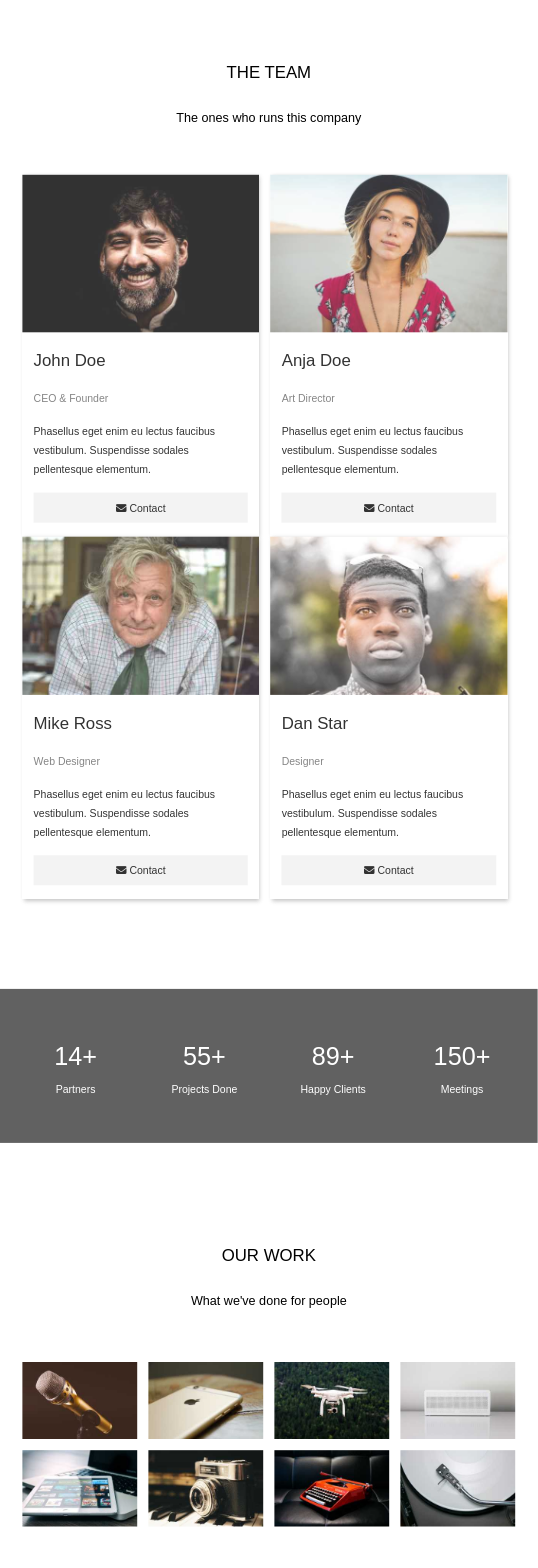
Repository: husterDC/Test
Page: index.html
These files come from the project's save history. The page is drawn as it stood at one moment and after the next save; the edit follows.
The browser window is 768 px wide. The pictures show the part of the page from y = 2254 to 4494 px (the page is 7678 px tall before and 7685 px after), at 70% of full size.

Above is the page before, as saved 2022-10-18 09:41:47.

### index.html
<!DOCTYPE html>
<html lang="en">
<head>
    <meta charset="UTF-8">
    <meta http-equiv="X-UA-Compatible" content="IE=edge">
    <meta name="viewport" content="width=device-width, initial-scale=1.0">
    <title>Document</title>
    <link rel="stylesheet" href="./assets/fontawesome-free-6.1.1-web/css/all.min.css">
    <link rel="stylesheet" href="./fonts/themify-icons/themify-icons.css">
    <link rel="stylesheet" href="./assets/base.css">
    <link rel="stylesheet" href="./assets/style.css">
    <link rel="stylesheet" href="./assets/responsive.css">
</head>
</head>
<body>
    <div class="header">
        <div class="header_logo">
            <a href="" class="header_logo-link">Logo</a>
        </div>
        <div class="header_nav">
            <ul class="header_nav-menu">
                <li class="header_nav-item">

                    <a href="#container_about" class="header_nav-link">ABOUT</a>
                </li>
                <li class="header_nav-item">
                    <a href="#container_team" class="header_nav-link">
                        <i class="header_nav-icon header-nav_icon fa-solid fa-user-plus"></i>
                        TEAM
                    </a>
                </li>
                <li class="header_nav-item">
                    <a href="#container_work" class="header_nav-link">
                        <i class="header_nav-icon fa-solid fa-grip"></i>
                        WORK
                    </a>
                </li>
                <li class="header_nav-item">
                    <a href="#container_pricing" class="header_nav-link">
                        <i class="header_nav-icon fa-solid fa-dollar-sign"></i>
                        PRICING
                    </a>
                </li>
                <li class="header_nav-item">
                    <a href="#container_contact" class="header_nav-link">
                        <i class="header_nav-icon fa-solid fa-envelope"></i>
                        CONTACT
                    </a>
                </li>
            </ul>
        </div>
    </div>
    <div class="slider" id="top">
        <div class="slider_content">
            <div class="slider_title">Start something that matters</div>
            <div class="slider_dec">Stop wasting valuable time with projects that just isn't you.</div>
            <a href="" class="slider_link">
                <button class="slider_btn">Learn more and start today</button>
            </a>
        </div>
        <div class="slider_social">
            <a href="" class="slider_social-link"><i class="slider_social-icon fa-brands fa-facebook"></i></a>
            <a href="" class="slider_social-link"><i class="slider_social-icon fa-brands fa-instagram"></i></a>
            <a href="" class="slider_social-link"><i class="slider_social-icon fa-brands fa-snapchat"></i></a>
            <a href="" class="slider_social-link"><i class="slider_social-icon fa-brands fa-pinterest-p"></i></a>
            <a href="" class="slider_social-link"><i class="slider_social-icon fa-brands fa-twitter"></i></a>
            <a href="" class="slider_social-link"><i class="slider_social-icon fa-brands fa-linkedin-in"></i></a>
        </div>
    </div>
    <div class="container">
        <div class="container_base" id="container_about">
            <div class="container_about-title">ABOUT THE COMPANY</div>
            <div class="container_about-dec">Key features of our company</div>
            <div class="container_about-member">
                <div class="container_about-item">
                    <i class="container_about-item-icon fa-solid fa-desktop"></i>
                    <div class="container_about-item-name">Responsive</div>
                    <div class="container_about-item-dec">Lorem ipsum dolor sit amet, consectetur adipiscing elit, sed do eiusmod tempor incididunt ut labore et dolore.</div>
                </div>
                <div class="container_about-item">
                    <i class="container_about-item-icon fa-solid fa-heart"></i>
                    <div class="container_about-item-name">Passion</div>
                    <div class="container_about-item-dec">Lorem ipsum dolor sit amet, consectetur adipiscing elit, sed do eiusmod tempor incididunt ut labore et dolore.</div>
                </div>
                <div class="container_about-item">
                    <i class="container_about-item-icon fa-regular fa-gem"></i>
                    <div class="container_about-item-name">Design</div>
                    <div class="container_about-item-dec">Lorem ipsum dolor sit amet, consectetur adipiscing elit, sed do eiusmod tempor incididunt ut labore et dolore.</div>
                </div>
                <div class="container_about-item">
                    <i class="container_about-item-icon fa-solid fa-gear"></i>
                    <div class="container_about-item-name">Support</div>
                    <div class="container_about-item-dec">Lorem ipsum dolor sit amet, consectetur adipiscing elit, sed do eiusmod tempor incididunt ut labore et dolore.</div>
                </div>
            </div>
        </div>
        <div class="container_base container_about-sub">
            <div class="container_about-sub-wrap">
                <div class="container_about-sub-title">We know design.</div>
                <div class="container_about-sub-dec">Lorem ipsum dolor sit amet, consectetur adipiscing elit, sed do eiusmod <br> tempor incididunt ut labore et dolore.</div>
                <a href="#container_work" class="container_about-sub-btn">
                    <i class="container_about-sub-icon fa-solid fa-grip"></i>
                    View Our Works
                </a>
            </div>
            <img src="./assets/img/phone_buildings.jpg" alt="" class="container_about-img">
        </div>
        <div class="container_base" id="container_team">
            <div class="container_team-title">THE TEAM</div>
            <div class="container_team-dec">The ones who runs this company</div>
            <div class="container_team-member">
                <div class="container_team-item">
                    <img src="./assets/img/team2.jpg" alt="" class="container_team-item-img">
                    <div class="container_team-item-wrap">
                        <div class="container_team-item-name">John Doe</div>
                        <div class="container_team-item-position">CEO & Founder</div>
                        <div class="container_team-item-dec">Phasellus eget enim eu lectus faucibus vestibulum. Suspendisse sodales pellentesque elementum.</div>
                        <a href="" class="container_team-btn">
                            <i class="header_nav-icon fa-solid fa-envelope"></i>
                            Contact
                        </a>
                    </div>
                </div>
                <div class="container_team-item">
                    <img src="./assets/img/team1.jpg" alt="" class="container_team-item-img">
                    <div class="container_team-item-wrap">
                        <div class="container_team-item-name">Anja Doe</div>
                        <div class="container_team-item-position">Art Director</div>
                        <div class="container_team-item-dec">Phasellus eget enim eu lectus faucibus vestibulum. Suspendisse sodales pellentesque elementum.</div>
                        <a href="" class="container_team-btn">
                            <i class="header_nav-icon fa-solid fa-envelope"></i>
                            Contact
                        </a>
                    </div>
                </div>
                <div class="container_team-item">
                    <img src="./assets/img/team3.jpg" alt="" class="container_team-item-img">
                    <div class="container_team-item-wrap">
                        <div class="container_team-item-name">Mike Ross</div>
                        <div class="container_team-item-position">Web Designer</div>
                        <div class="container_team-item-dec">Phasellus eget enim eu lectus faucibus vestibulum. Suspendisse sodales pellentesque elementum.</div>
                        <a href="" class="container_team-btn">
                            <i class="header_nav-icon fa-solid fa-envelope"></i>
                            Contact
                        </a>
                    </div>
                </div>
                <div class="container_team-item">
                    <img src="./assets/img/team4.jpg" alt="" class="container_team-item-img">
                    <div class="container_team-item-wrap">
                        <div class="container_team-item-name">Dan Star</div>
                        <div class="container_team-item-position">Designer</div>
                        <div class="container_team-item-dec">Phasellus eget enim eu lectus faucibus vestibulum. Suspendisse sodales pellentesque elementum.</div>
                        <a href="" class="container_team-btn">
                            <i class="header_nav-icon fa-solid fa-envelope"></i>
                            Contact
                        </a>
                    </div>
                </div>
            </div>
        </div>
        <div class="container_team-sub">
            <div class="container_team-sub-item">
                <div class="container_team-sub-num">14+</div>
                <div class="container_team-sub-text">Partners</div>
            </div>
            <div class="container_team-sub-item">
                <div class="container_team-sub-num">55+</div>
                <div class="container_team-sub-text">Projects Done</div>
            </div>
            <div class="container_team-sub-item">
                <div class="container_team-sub-num">89+</div>
                <div class="container_team-sub-text">Happy Clients</div>
            </div>
            <div class="container_team-sub-item">
                <div class="container_team-sub-num">150+</div>
                <div class="container_team-sub-text">Meetings</div>
            </div>
        </div>
        <div class="container_base" id="container_work">
            <div class="container_work-title">OUR WORK</div>
            <div class="container_work-dec">What we've done for people</div>
            <div class="container_work-member">
                <div class="container_work-list">
                    <img src="./assets/img/work1.jpg" alt="" class="container_work-item">
                    <img src="./assets/img/work2.jpg" alt="" class="container_work-item">
                    <img src="./assets/img/work3.jpg" alt="" class="container_work-item">
                    <img src="./assets/img/work4.jpg" alt="" class="container_work-item">
                </div>
                <div class="container_work-list">
                    <img src="./assets/img/work5.jpg" alt="" class="container_work-item">
                    <img src="./assets/img/work6.jpg" alt="" class="container_work-item">
                    <img src="./assets/img/work7.jpg" alt="" class="container_work-item">
                    <img src="./assets/img/work8.jpg" alt="" class="container_work-item">
                </div>
            </div>
        </div>
        <div class="container_work-skill">
            <div class="container_work-skill-text">
                <div class="container_work-skill-title">Our Skills.</div>
                <div class="container_work-skill-dec">Lorem ipsum dolor sit amet, consectetur adipiscing elit, sed do eiusmod
                    tempor incididunt ut labore et dolore.
                </div>
                <div class="container_work-skill-dec">Lorem ipsum dolor sit amet, consectetur adipiscing elit, sed do eiusmod
                        tempor incididunt ut labore et dolore.
                </div>
            </div>
            <div class="container_work-skill-chart">
                <i class="container_work-skill-chart-icon fa-solid fa-camera"></i>
                <p class="container_work-skill-chart-name">Photography</p>
                <div class="container_work-skill-chart-bar1">
                    90%
                </div>
                <i class="container_work-skill-chart-icon fa-solid fa-desktop"></i>
                <p class="container_work-skill-chart-name">Web Design</p>
                <div class="container_work-skill-chart-bar2">
                    85%
                </div>
                <i class="container_work-skill-chart-icon fa-regular fa-image"></i>
                <p class="container_work-skill-chart-name">Photoshop</p>
                <div class="container_work-skill-chart-bar3">
                    75%
                </div>
            </div>
        </div>
        <div class="container_base" id="container_pricing">
            <div class="container_pricing-title">PRICING</div>
            <div class="container_pricing-dec">Choose a pricing plan that fits your needs.</div>
            <div class="container_pricing-list">
                <div class="container_pricing-item">
                    <div class="container_pricing-item-header">BASIC</div>
                    <div class="container_pricing-item-content">
                        <div class="container_pricing-item-infor">
                            <p class="container_pricing-item-num">10GB</p>
                            <p class="container_pricing-item-text">Storage</p>
                        </div>
                        <div class="container_pricing-item-infor">
                            <p class="container_pricing-item-num">10</p>
                            <p class="container_pricing-item-text">Emails</p>
                        </div>
                        <div class="container_pricing-item-infor">
                            <p class="container_pricing-item-num">10</p>
                            <p class="container_pricing-item-text">Domains</p>
                        </div>
                        <div class="container_pricing-item-infor">
                            <p class="container_pricing-item-num">Endless</p>
                            <p class="container_pricing-item-text">Support</p>
                        </div>
                        <div class="container_pricing-item-infor">
                            <p class="container_pricing-item-num container_pricing-item-infor-price">$  10</p>
                            <p class="container_pricing-item-text opacity-06">per month</p>
                        </div>
                    </div>
                    <div class="container_pricing-item-footer">
                        <a href="" class="container_pricing-item-btn">Sign Up</a>
                    </div>
                </div>
                <div class="container_pricing-item container_pricing-item_pro">
                    <div class="container_pricing-item-header container_pricing-item-header_pro">BASIC</div>
                    <div class="container_pricing-item-content">
                        <div class="container_pricing-item-infor">
                            <p class="container_pricing-item-num">25GB</p>
                            <p class="container_pricing-item-text">Storage</p>
                        </div>
                        <div class="container_pricing-item-infor">
                            <p class="container_pricing-item-num">25</p>
                            <p class="container_pricing-item-text">Emails</p>
                        </div>
                        <div class="container_pricing-item-infor">
                            <p class="container_pricing-item-num">25</p>
                            <p class="container_pricing-item-text">Domains</p>
                        </div>
                        <div class="container_pricing-item-infor">
                            <p class="container_pricing-item-num">Endless</p>
                            <p class="container_pricing-item-text">Support</p>
                        </div>
                        <div class="container_pricing-item-infor">
                            <p class="container_pricing-item-num container_pricing-item-infor-price">$  25</p>
                            <p class="container_pricing-item-text opacity-06">per month</p>
                        </div>
                    </div>
                    <div class="container_pricing-item-footer">
                        <a href="" class="container_pricing-item-btn">Sign Up</a>
                    </div>
                </div>
                <div class="container_pricing-item">
                    <div class="container_pricing-item-header">BASIC</div>
                    <div class="container_pricing-item-content">
                        <div class="container_pricing-item-infor">
                            <p class="container_pricing-item-num">50GB</p>
                            <p class="container_pricing-item-text">Storage</p>
                        </div>
                        <div class="container_pricing-item-infor">
                            <p class="container_pricing-item-num">50</p>
                            <p class="container_pricing-item-text">Emails</p>
                        </div>
                        <div class="container_pricing-item-infor">
                            <p class="container_pricing-item-num">50</p>
                            <p class="container_pricing-item-text">Domains</p>
                        </div>
                        <div class="container_pricing-item-infor">
                            <p class="container_pricing-item-num">Endless</p>
                            <p class="container_pricing-item-text">Support</p>
                        </div>
                        <div class="container_pricing-item-infor">
                            <p class="container_pricing-item-num container_pricing-item-infor-price">$  50</p>
                            <p class="container_pricing-item-text opacity-06">per month</p>
                        </div>
                    </div>
                    <div class="container_pricing-item-footer">
                        <a href="" class="container_pricing-item-btn">Sign Up</a>
                    </div>
                </div>
            </div>
        </div>
        <div class="container_base" id="container_contact">
            <div class="container_contact-title">CONTACT</div>
            <div class="container_contact-dec">Lets get in touch. Send us a message:</div>
            <div class="container_contact-infor">
                <div class="container_contact-infor-item">
                    <i class="fa-solid fa-location-dot container_contact-icon"></i>
                    <p class="container_contact-data">Chicago, US</p>
                </div>
                <div class="container_contact-infor-item">
                    <i class="container_contact-icon fa-solid fa-phone"></i>
                    <div class="container_contact-data">Phone: +00 151515</div>
                </div>
                <div class="container_contact-infor-item">
                    <i class="container_contact-icon fa-solid fa-envelope"></i>
                    <div class="container_contact-data">Email: mail@mail.com</div>
                </div>
            </div>
            <div class="container_contact-form">
                <form action="">
                    <div class="container_contact-form-data">
                        <input type="text" name="" required placeholder="Name" id="">
                        <input type="email" name="" required placeholder="Email" id="">
                        <input type="text"  name="" required placeholder="Subject" id="">
                        <input type="text"  name="" required placeholder="Message" id="">
                    </div>
                    <div class="container_contact-btn">
                        <i class="fa-solid fa-paper-plane"></i>
                        <input class="send-mesage-btn" type="submit" value="SEND MESSAGE">
                    </div>
                </form>
            </div>
            <img src="./assets/img/map.jpg" alt="" class="container_contact-map">
        </div>
    </div>
    <div class="footer">
        <a href="#top" class="footer_btn">
            <i class="footer_btn-icon fa-solid fa-arrow-up"></i>
            To the top
        </a>
        <div class="footer_social">
            <a href="" class="footer_social-link"><i class="footer_social-icon fa-brands fa-facebook"></i></a>
            <a href="" class="footer_social-link"><i class="footer_social-icon fa-brands fa-instagram"></i></a>
            <a href="" class="footer_social-link"><i class="footer_social-icon fa-brands fa-snapchat"></i></a>
            <a href="" class="footer_social-link"><i class="footer_social-icon fa-brands fa-pinterest-p"></i></a>
            <a href="" class="footer_social-link"><i class="footer_social-icon fa-brands fa-twitter"></i></a>
            <a href="" class="footer_social-link"><i class="footer_social-icon fa-brands fa-linkedin-in"></i></a>
        </div>
        <div class="footer_copyright">
            Powered by
            <a href="" class="footer_copyright-link">w3.css</a>
        </div>
    </div>
</body>
</html>

### assets/base.css
html {
    font-size: 16px;
    line-height: 1.8;
    font-family: 'Roboto', sans-serif;
    box-sizing: border-box;
}
.container_base {
    padding: 128px 16px;
}

### assets/responsive.css
@media (min-width: 740px) and (max-width: 1023px) {
    .container_team-item {
        width: 47%;
    }
}

Loaded but not shown: assets/fontawesome-free-6.1.1-web/css/all.min.css (library); fonts/themify-icons/themify-icons.css (common file); assets/style.css (499 lines, source omitted)

After the next save:
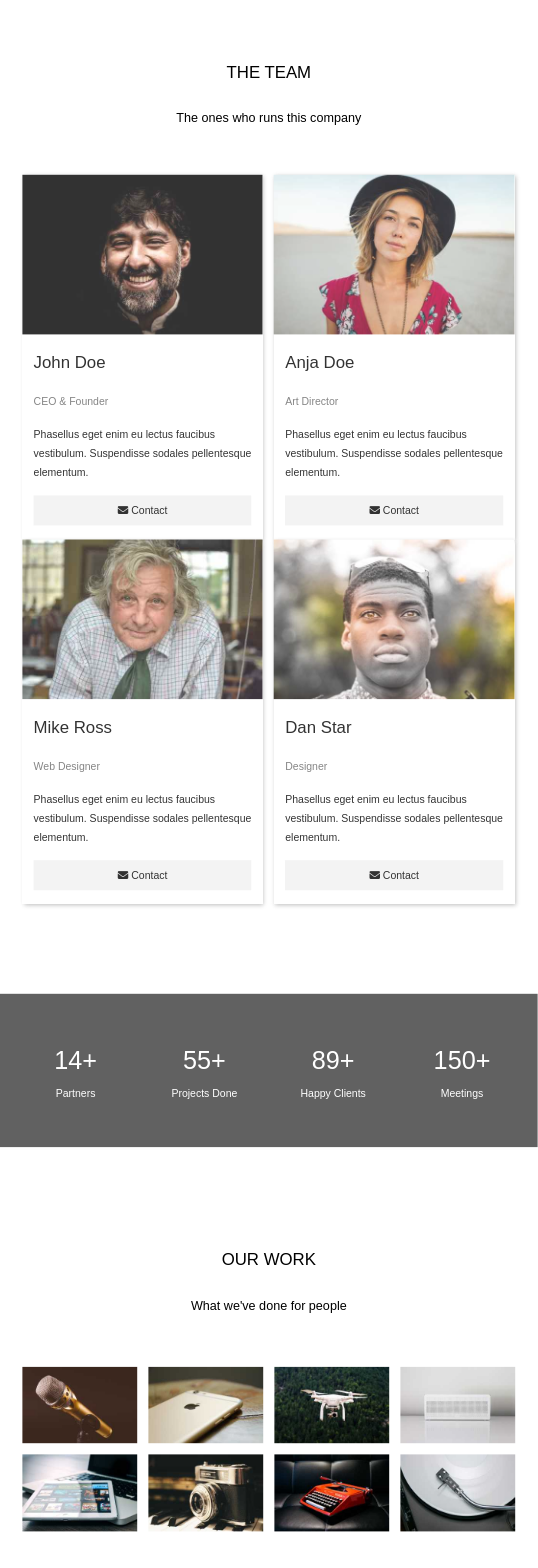
Saved 81 s later.
--- a/assets/responsive.css
+++ b/assets/responsive.css
@@ -1,5 +1,5 @@
 @media (min-width: 740px) and (max-width: 1023px) {
     .container_team-item {
-        width: 47%;
+        width: 47.7%;
     }
 }
